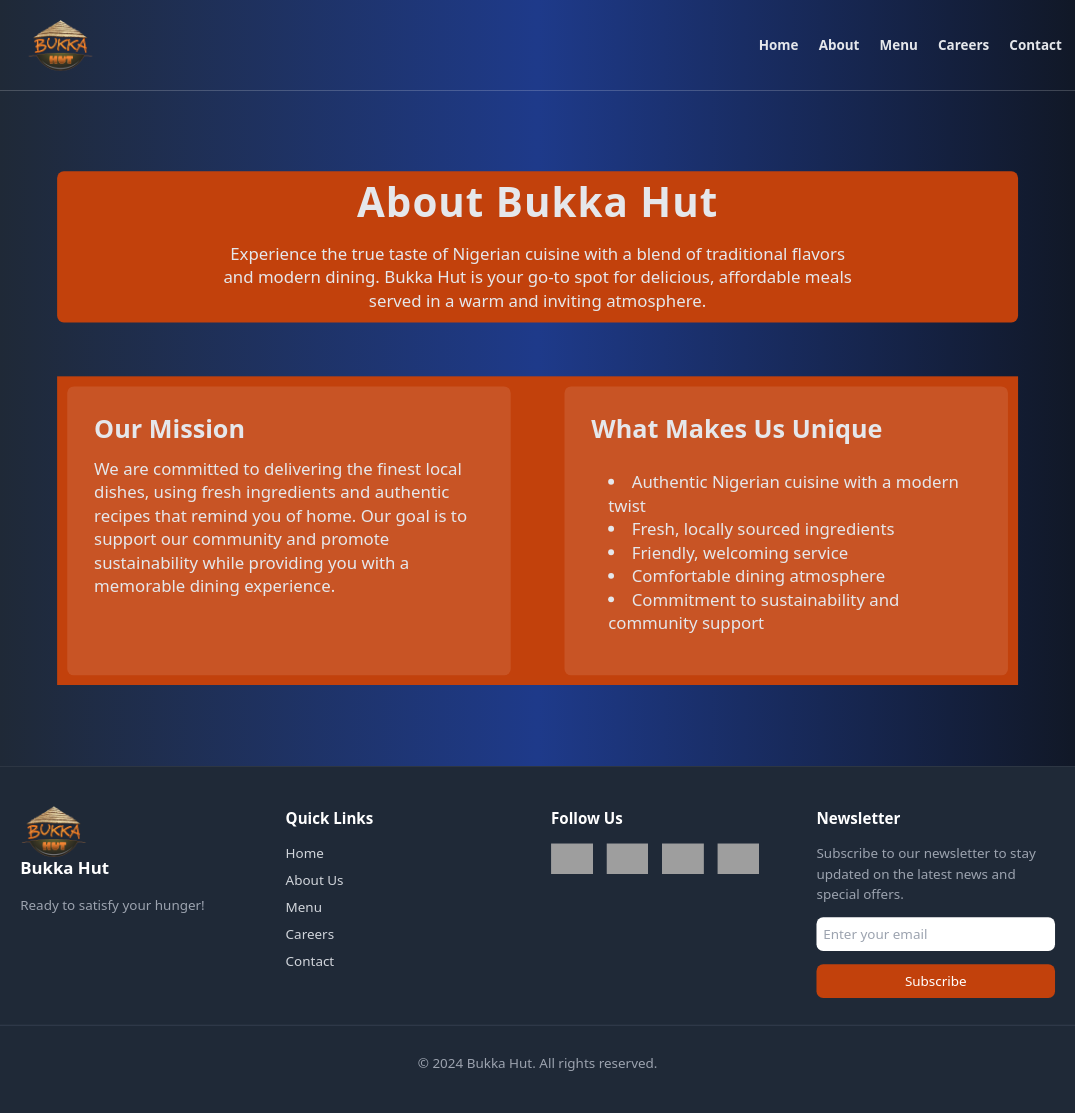
Repository: countaustin1990/BUKKAHUT
Page: About.html
These files come from the project's save history. The page is drawn as it stood at one moment and after the next save; the edit follows.
The browser window is 1280 px wide. The pictures show the whole page, at 84% of full size.
Pictures or frames that could not be fetched are drawn as grey boxes. Some web libraries are served in a nearby version.

Above is the page before, as saved 2024-08-26 16:18:33.
Console error: TypeError: Cannot read properties of null (reading 'addEventListener')

After the next save:
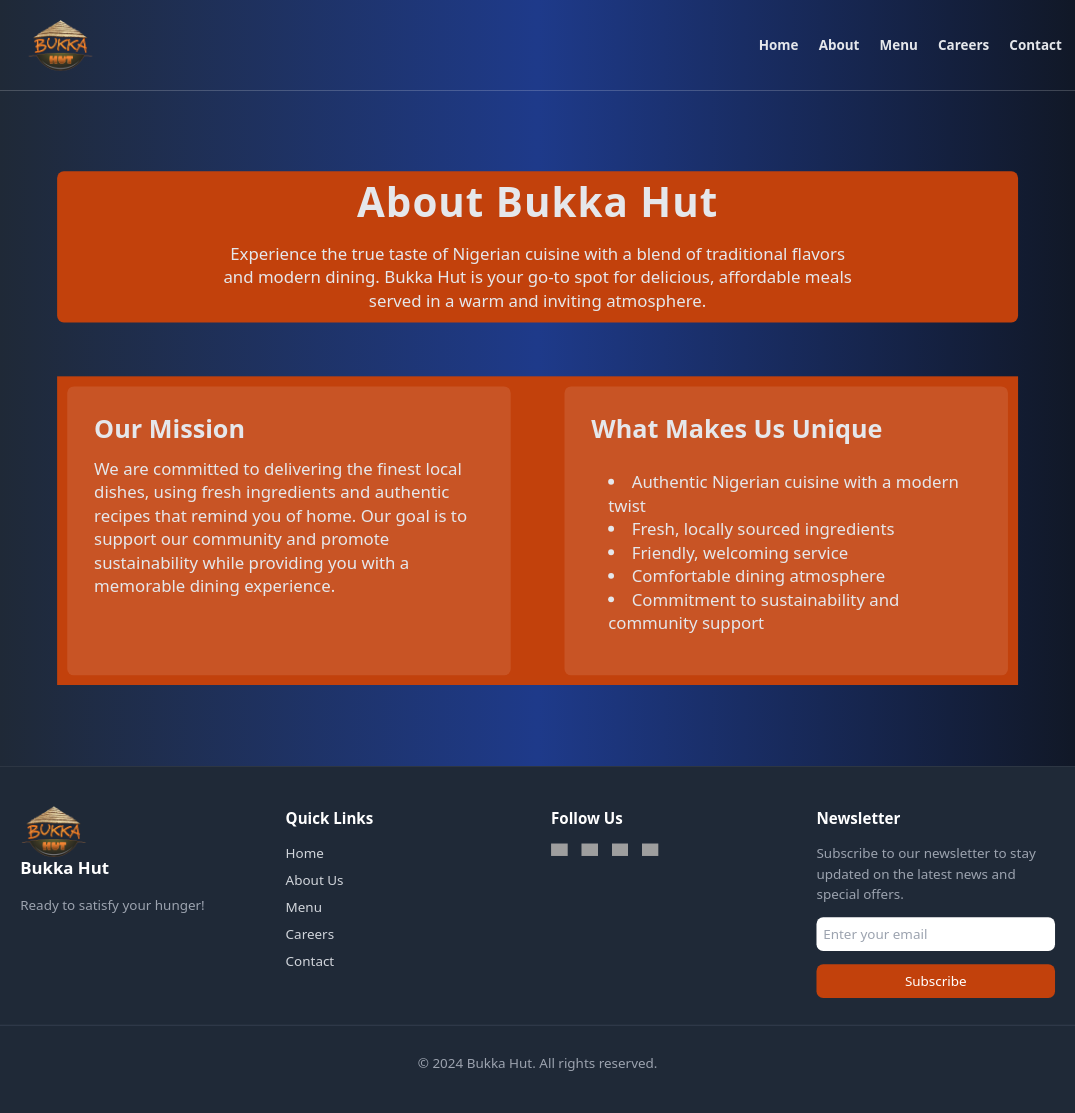
Saved 10 s later.
--- a/style.css
+++ b/style.css
@@ -21,5 +21,5 @@
 }
 
 .icont {
-    width: 50px;
+    width: 20px;
 }
